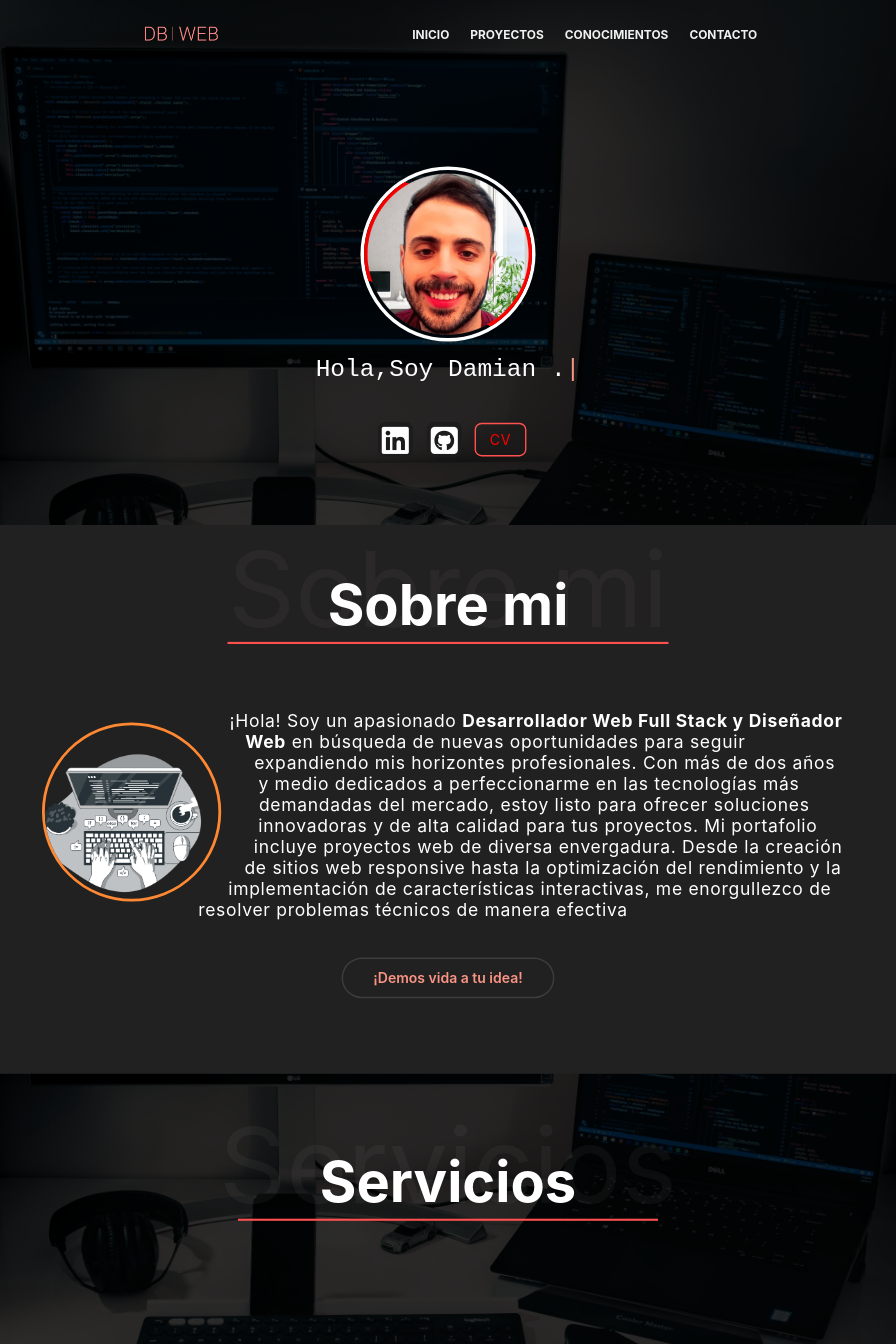
Repository: DamianBermudez94/DB-Porfolio
Page: /
An editor plug-in stored every save of this project. The page is shown before and after the next save, followed by the edit.
The browser window is 1280 px wide. The pictures show the part of the page from y = 0 to 1920 px (the page is 5872 px tall), at 70% of full size.
Backgrounds fixed to the window are drawn as part of the page. Some web libraries are served in a nearby version. The project was rebuilt for these pictures with package versions that can differ from the ones it lists, and the page was loaded fresh each time. Also part of the build but not shown: vite.config.js, src/components/Conocimientos/styles.css, src/components/Conocimientos/Conocimientos.jsx, src/pages/AcerdaDe.jsx, src/components/Contacto/styles.css, src/components/Contacto/Contact.jsx, src/pages/contacto.jsx, src/data/trabajos.js and 4 more.

Above is the page before, as saved 2024-04-02 10:15:43.

### index.html
<!DOCTYPE html>
<html lang="es">
  <head>
    <meta charset="utf-8" />
    <meta name="viewport" content="width=device-width, initial-scale=1" />
    <meta name="geo.position" content="-35.1853171; -59.1479442" />
    <link
      rel="icon"
      type="image/png"
      sizes="32x32"
      href="./public/image/icons-favicon-DB.png"
    />
    <link
      rel="apple-touch-icon"
      type="image/png"
      sizes="32x32"
      href="./public/image/icons-favicon-DB.png"
    />

    <link rel="manifest" href="./src/manifiesto.json" />
    <title>Damián Bermúdez - Developer</title>
    <meta name="author" content="Damián Bermúdez" />
    <meta
      name="description"
      content="Desarrollador Web Full Stack - Diseñador Web - Paginás Web - Damián Bermúdez"
    />
    <meta name="theme-color" content="#000000" />
    <!--Estilos-->
    <script
      src="https://kit.fontawesome.com/bdbed0aafa.js"
      crossorigin="anonymous"
    ></script>
    <link rel="preconnect" href="https://fonts.gstatic.com" />
    <link rel="preconnect" href="https://fonts.gstatic.com" />
    <link rel="preconnect" href="https://fonts.gstatic.com" />
    <link rel="preconnect" href="https://fonts.gstatic.com" />
    <link
      href="https://fonts.googleapis.com/css2?family=Raleway:wght@200;300&family=Roboto:wght@100;300&display=swap"
      rel="stylesheet"
    />
  </head>
  <body>
    <div id="root"></div>
    <script type="module" defer src="/src/main.jsx"></script>
  </body>
</html>

### src/main.jsx
import ReactDOM from "react-dom/client";

import App from "./App";
import "./index.css";
const root = ReactDOM.createRoot(document.getElementById("root"));
root.render(<App />);

### src/App.jsx
import { useState, useEffect } from "react";
import { MisRutas } from "./routers/MisRutas";
import { BrowserRouter } from "react-router-dom";
import backgroundImage from "../public/image/banner-parallax2.jpg";
import "./App.css";
function App() {
  const [scrollPosition, setScrollPosition] = useState(0);

  useEffect(() => {
    const handleScroll = () => {
      setScrollPosition(window.pageYOffset);
    };

    window.addEventListener("scroll", handleScroll);

    return () => {
      window.removeEventListener("scroll", handleScroll);
    };
  }, []);

  return (
    <main className="content-main parallax-container">
      <div
        className="parallax-background"
        style={{
          backgroundImage: `url(${backgroundImage})`,
          backgroundPositionY: scrollPosition / 2 + "px",
        }}
      />
      <div className="parallax-content">
        <BrowserRouter>
          <MisRutas />
        </BrowserRouter>
      </div>
    </main>
  );
}

export default App;

### src/index.css
* {
  margin: 0;
  padding: 0;
  box-sizing: border-box;
}
body {
  font-family: -apple-system, BlinkMacSystemFont, "Segoe UI", "Roboto", "Oxygen",
    "Ubuntu", "Cantarell", "Fira Sans", "Droid Sans", "Helvetica Neue",
    sans-serif;
  -webkit-font-smoothing: antialiased;
  -moz-osx-font-smoothing: grayscale;
}

### src/routers/MisRutas.jsx
import {Routes, Route } from "react-router-dom";

import { Inicio } from "../pages/Inicio";
/*import { Servicios } from "../pages/Servicios";*/
import { AcerdaDe } from "../pages/AcerdaDe";
import { Contacto } from "../pages/contacto";
import { Proyectos } from "../pages/Proyecto";
import { Error } from "../components/Error";
import { NavHeader } from "../components/header/NavHeader";
import { Footer } from "../components/Footer/Footer";

export const MisRutas = () => {
  return (
    <div className="layout">
      {/*Header y navegacion*/}
      <NavHeader />
      {/*Contenido general*/}

      <Routes>
        <Route path="/" element={<Inicio />} />
        <Route path="/inicio" element={<Inicio />} />
        <Route path="/conocimientos" element={<AcerdaDe />} />
        <Route path="/contacto" element={<Contacto />} />
        <Route path="/proyecto" element={<Proyectos />} />
        <Route path="*" element={<Error />} />
      </Routes>

      {/* Footer*/}
      <Footer />
    </div>
  );
};

### src/App.css
.parallax-container {
  position: relative;
  overflow: hidden;
  color: #fff;


}
.parallax-background {
  position: absolute;
  top: 0;
  left: 0;
  width: 100%;
  height: 100%;
  background-size: cover;
  background-position: center;
  background-attachment: fixed;

}
.parallax-content {
 /* Agregamos una transición para suavizar la animación */
  padding-top: 150px;
  background-color: rgba(0, 0, 0, 0.8);
  position: relative;
  z-index: 1; /* Asegura que el contenido esté sobre la imagen de fondo */
}

### src/pages/Inicio.jsx
import { Home } from "../components/Home/Home";
export const Inicio = () => {
  return (
    <section>
      <Home />
    </section>
  );
};

### src/components/header/NavHeader.jsx
import { useState, useEffect } from "react";
import { NavLink } from "react-router-dom";
import "./NavHeader.css";
import BurguerButton from "./burgerButton";

export const NavHeader = () => {
  const [clicked, setClicked] = useState(false);
  const [scrolled, setScrolled] = useState(false);
  const handleClick = () => {
    //cuando esta true lo pasa a false y vice versa
    setClicked(!clicked);
  };
  useEffect(() => {
    const handleScroll = () => {
      if (window.scrollY > 50) {
        setScrolled(true);
      } else {
        setScrolled(false);
      }
    };

    window.addEventListener("scroll", handleScroll);

    // Limpiar el event listener en el desmontaje del componente
    return () => {
      window.removeEventListener("scroll", handleScroll);
    };
  }, []);

  return (
    <header className={`header ${scrolled ? "scrolled" : ""}`}>
      <div className="nav-content">
        <div className="logo">
          <NavLink to="/inicio">
            <img
              src={"/image/Logo-DB.png"}
              alt="Damian Bermudez desarrollador web"
            ></img>
          </NavLink>
        </div>

        <BurguerButton
          className="btn-menu"
          clicked={clicked}
          handleClick={handleClick}
        />
        <nav className={`menu ${clicked ? "active" : ""}`}>
          <ul>
            <li>
              <NavLink
                to="/inicio"
                onClick={handleClick}
                className={({ isActive }) => (isActive ? "active" : "")}
              >
                Inicio
              </NavLink>
            </li>
            <li>
              <NavLink
                to="/proyecto"
                onClick={handleClick}
                className={({ isActive }) => (isActive ? "active" : "")}
              >
                proyectos
              </NavLink>
            </li>
            <li>
              <NavLink
                to="/conocimientos"
                onClick={handleClick}
                className={({ isActive }) => (isActive ? "active" : "")}
              >
                conocimientos
              </NavLink>
            </li>
            <li>
              <NavLink
                to="/contacto"
                onClick={handleClick}
                className={({ isActive }) => (isActive ? "active" : "")}
              >
                contacto
              </NavLink>
            </li>
          </ul>
        </nav>
      </div>
    </header>
  );
};

### src/components/Footer/Footer.jsx

import './Footer.css'
export const Footer = () => {
  return (
    <footer className="footer">
      <div className="contenedor-footer container">
          <div className="footer-redes__sociales">
              <a href="https://www.facebook.com" className="link-redes_sociales" ><i className="fab fa-facebook facebook"></i></a>
              <a href="https://www.instagram.com" className="link-redes_sociales" ><i className="fab fa-instagram instagran"></i></a>
              <a href="https://www.linkedin.com" className="link-redes_sociales" ><i className="fab fa-linkedin linkedin"></i></a>
              <a href="https:/www.github.com" className="link-redes_sociales" ><i className="fab fa-github-square github"></i></a>
          </div>
          <hr className='footer-linea__separacion' />
          <div className="footer-text">
              <p className="title-copy">Hecho por<a className="title-footer" href="https://damianbermudezdev.es/">DB|WEB</a></p>
          </div>
      </div>
    </footer>
  )
}

### src/components/header/burgerButton.jsx
/* eslint-disable react/prop-types */

import styled from "styled-components";

function BurguerButton(props) {
  return (
    <Burguer>
      <div
        onClick={props.handleClick}
        className={`btn-menu nav-icon-5 ${props.clicked ? "open" : ""}`}
      >
        <span></span>
        <span></span>
        <span></span>
      </div>
    </Burguer>
  );
}

export default BurguerButton;

const Burguer = styled.div`
  /* nav-icon-5 */
  .nav-icon-5 {
    width: 35px;
    height: 30px;
    position: relative;
    cursor: pointer;
    display: flex;
    margin: 25px auto;
  }
  .nav-icon-5 span {
    background-color: #fff;
    position: absolute;
    border-radius: 2px;
    transition: 0.3s cubic-bezier(0.8, 0.5, 0.2, 1.4);
    width: 100%;
    height: 4px;
    transition-duration: 500ms;
  }
  .nav-icon-5 span:nth-child(1) {
    top: 0px;
    left: 0px;
  }
  .nav-icon-5 span:nth-child(2) {
    top: 13px;
    left: 0px;
    opacity: 1;
  }
  .nav-icon-5 span:nth-child(3) {
    bottom: 0px;
    left: 0px;
  }
  .nav-icon-5:not(.open):hover span:nth-child(1) {
    transform: rotate(-3deg) scaleY(1.1);
  }
  .nav-icon-5:not(.open):hover span:nth-child(2) {
    transform: rotate(3deg) scaleY(1.1);
  }
  .nav-icon-5:not(.open):hover span:nth-child(3) {
    transform: rotate(-4deg) scaleY(1.1);
  }
  .nav-icon-5.open span:nth-child(1) {
    transform: rotate(45deg);
    top: 13px;
  }
  .nav-icon-5.open span:nth-child(2) {
    opacity: 0;
  }
  .nav-icon-5.open span:nth-child(3) {
    transform: rotate(-45deg);
    top: 13px;
  }
  @media screen and (min-width: 960px) {
    .btn-menu {
      display: none;
    }
  }
`;

### src/components/Footer/Footer.css
.footer {
  min-height: 120px;
  line-height: 7px;
  text-align: center;
  font-size: 22px;
  padding: 45px;
  background-color: #212121;
}

.contenedor-footer {
  display: flex;
  flex-direction: column;
  justify-content: center;
  align-content: center;
  margin: 0 auto;
  padding: 20px;
}
.footer-text {
  display: flex;
  justify-content: center;
  align-items: center;
  padding: 10px;
  margin-top: 20px;
}
.title-copy {
  text-align: center;
  font-size: 26px;
  font-weight: 300;
}
.title-footer {
  text-decoration: none;
  color: rgb(252, 136, 136);
  margin-left: 5px;
}
.footer-linea__separacion{
  height: 1px;
  width: 100%;
  max-width: 700px;
  margin: 0 auto;


}
body.dark .title-copy {
  color: #f1f1f1;
}

.footer-redes__sociales {
  display: flex;
  justify-content: center;
  align-items: center;
  text-align: center;
  margin-bottom: 10px;
}
.link-redes_sociales {
  text-decoration: none;
  width: 50px;
  height: 50px;
  margin: 10px;
  color: rgb(255, 255, 255);
  background-color: rgb(28, 28, 28);
  border-radius: 10px;
  text-align: center;
  position: relative;
  transition: transform 0.4s;
  font-size: 26px;
  padding: 4px;
}
.link-redes_sociales:hover {
  transform: rotate(45deg);
}
.link-redes_sociales::before {
  content: "";
  position: absolute;
  width: 100%;
  height: 100%;
  opacity: 0;
  background-color: #373737;
  border-radius: 10px;
  transition: opacity 0.2s;
}
.link-redes_sociales:hover::before {
  opacity: 0.4;
}
.link-redes_sociales:nth-child(1)::before {
  background-color: rgb(255, 80, 80);
}
.link-redes_sociales:nth-child(2)::before {
  background-color: rgb(255, 80, 80);
}
.link-redes_sociales:nth-child(3)::before {
  background-color: rgb(255, 80, 80);
}
.link-redes_sociales:nth-child(4)::before {
  background-color: rgb(255, 80, 80);
}

.link-redes_sociales:hover::before {
  transform: translate(-4px, -4px);
  filter: blur(10px);
}

.link-redes_sociales i {
  font-size: 1.7em;
  transition: all 0.4s;
}
.link-redes_sociales:hover i {
  color: #f1f1f1;
  transform: rotate(-45deg);
}

body.dark .redes-sociales i {
  color: #f1f1f1;
}

### src/components/TextoCustom/CustomText.jsx
/* eslint-disable react/prop-types */
import  { useState, useEffect } from 'react';
import './styles.css';

const CustomText = ({ words, typingDelay = 200, changingDelay = 3000 }) => {
  const [index, setIndex] = useState(0);
  const [subIndex, setSubIndex] = useState(0);
  const [reverse, setReverse] = useState(false);

  // Efecto para manejar la escritura y eliminación de las palabras
  useEffect(() => {
    if (subIndex === words[index].length + 1 && !reverse) {
      setReverse(true);
      return;
    }

    if (subIndex === 0 && reverse) {
      setReverse(false);
      setIndex((prev) => (prev + 1) % words.length);
      return;
    }

    const timeout = setTimeout(() => {
      setSubIndex((prev) => prev + (reverse ? -1 : 1));
    }, typingDelay);

    return () => clearTimeout(timeout);
  }, [subIndex, index, reverse]);

  // Efecto para cambiar la palabra después de un cierto tiempo
  useEffect(() => {
    if (!reverse) {
      return;
    }

    const timeout = setTimeout(() => {
      setReverse(false);
      setIndex((prev) => (prev + 1) % words.length);
    }, changingDelay);

    return () => clearTimeout(timeout);
  }, [reverse]);

  return (
    <div className="typewriter">
      <span>{`${words[index].substring(0, subIndex)}${reverse ? '.' : ' '}`}</span>
    </div>
  );
};

export default CustomText;

### src/components/Home/styles.css
/**Estilos Home- Principal**/

.home-welcome {
  width: 100%;
  height: 600px;
  display: flex;
  flex-direction: column;
  justify-content: space-around;
  align-items: center;
  padding: 20px;
}
.container-home {
  width: 100%;
}
.container-home img {
  display: flex;
  justify-content: center;
  width: 250px;
  height: 250px;
  padding: 5px;
  margin: 0 auto;
  position: relative;
  border: solid 5px transparent;
}
.container-home figure {
  display: flex;
  justify-content: center;
  width: 250px;
  height: 250px;
  padding: 5px;
  margin: 0 auto;
  position: relative;
  border: 5px solid;
  border-radius: 50%;
  place-content: center;
  place-items: center;
  overflow: hidden;
}
.container-home figure::before {
  content: "";
  position: absolute;
  width: 150px;
  background-image: linear-gradient(360deg, rgb(241, 0, 0), rgb(255, 0, 0));
  height: 130%;
  animation: rotBGimg 3s linear infinite;
  transition: all 0.2s linear;
}

@keyframes rotBGimg {
  from {
    transform: rotate(0deg);
  }

  to {
    transform: rotate(360deg);
  }
}

.container-redes_inicio {
  display: block;
  padding-top: 25px;
  display: flex;
  align-items: center;
  justify-content: center;
}

.btn-cv {
  max-width: 100px;
  text-decoration: none;
  display: flex;
  justify-content: center;
  font-size: 20px;
  cursor: pointer;
  letter-spacing: 1px;
  color: rgb(255, 0, 0);
  background-color: transparent;
  outline: 2px solid rgb(255, 80, 80);
  border: none;
  border-radius: 8px;
  padding: 10px 20px;
  margin-left: 10px;
  position: relative;
  top: 0px;
  overflow: hidden;
  transition: color 1s;
}

.btn-cv:hover {
  color: #ffffff;
  z-index: 1;
}

.btn-cv::before {
  content: "";
  position: absolute;
  top: 0;
  left: -50px;
  width: 250%;
  height: 100%;
  background-color: rgba(255, 85, 85, 0.5);
  border: none;
  outline: 3px solid rgb(0, 0, 0);
  transform: scaleX(0) skewX(35deg);
  transform-origin: left;
  z-index: -1;
  transition: transform 1s;
}

.btn-cv:hover::before {
  transform: scaleX(1) skewX(35deg);
}
.content-proyectos__inicio {
  display: flex;
  justify-content: center;
  align-items: center;
  flex-direction: column;
  padding: 50px;
}

.content-proyectos__inicio h2 {
  margin-bottom: 80px;
  font-size: 40px;
  text-align: center;
}
@media (max-width: 960px) {
  .home .title-welcome .title-custom {
    width: 100%;
  }
  .title-welcome span {
    width: 100%;
  }
}

@media (max-width: 670px) {
  .title-welcome {
    margin-left: 20px;
  }
  .container-redes_inicio {
    padding: 5px;
    margin-left: 0px;
  }
}
@media (max-width: 480px) {
  .title-welcome {
    margin-left: 20px;
  }
  .container-redes_inicio {
    padding: 5px;
    margin-left: 0px;
  }
  .container-redes_inicio {
    flex-wrap: wrap;
  }
}

/**Estilos section Sobre mi**/
.section-me {
  padding: 60px;
  margin: 0 auto;
  display: flex;
  flex-direction: column;
  justify-content: center;
  align-items: center;
  background-color: #212121;
}
.content-title{
  height: 200px;
  text-align: center;
}

.section-me .title-sobre__me {
  margin: 0;
  padding: 5px;
  font-size: 80px;
  color: rgb(255, 255, 255);
  border-bottom: 3px solid rgb(255, 80, 80);
}
.section-me .sub-title {
  position: relative;
  opacity: 0.04;
  font-size: 150px;
  top: -170px;
  right: 0;
  color: rgb(253, 214, 214);
  overflow: hidden;
}
.container-me {
  width: 100%;
  display: flex;
  flex-direction: column;
  justify-content: center;
  align-items: center;
  margin: 0 auto;
}


.container-me article img {
  border: .25rem solid #f83;
  border-radius: 50%;
  float: left;
  height: 16rem;
  margin-right: 4rem;
  margin-top: 1.38rem;
  object-fit: cover;
  object-position: -16px 16px;
  shape-outside: circle(50%);
  width: 16rem;
}

.section-me article p {
  margin: 0 auto;
  padding: 5px;
  font-size: 25px;
  letter-spacing: 1px;
}


.container-me .enlace-contacto {
  width: 300px;
  text-decoration: none;
  color: #fa9484;
  position: relative;
  display: grid;
  grid-column: span 2;
  padding: 15px;
  margin: 50px auto 50px;
  text-align: center;
  opacity: 1;
}

.enlace-contacto {
  position: relative;
  display: inline-block;
  padding: 12px 24px;
  border: none;
  font-size: 16px;
  background-color: inherit;
  border-radius: 100px;
  font-weight: 600;
  color: #ffffff40;
  box-shadow: 0 0 0 2px #ffffff20;
  cursor: pointer;
  overflow: hidden;
  transition: all 0.6s cubic-bezier(0.23, 1, 0.32, 1);
}

.enlace-contacto span:last-child {
  position: absolute;
  top: 50%;
  left: 50%;
  transform: translate(-50%, -50%);
  width: 20px;
  height: 20px;
  background-color: rgb(252, 98, 98);
  border-radius: 50%;
  opacity: 0;
  transition: all 0.8s cubic-bezier(0.23, 1, 0.32, 1);
}

.enlace-contacto span:first-child {
  width: 100%;
  position: relative;
  z-index: 1;
  font-size: 20px;
}

.enlace-contacto:hover {
  box-shadow: 0 0 0 5px #f3212160;
  color: #ffffff;
}

.enlace-contacto:active {
  scale: 0.95;
}

.enlace-contacto:hover span:last-child {
  width: 100%;
  height: 200px;
  opacity: 1;
}

.square {
	position: absolute;
	top: 50%;
	left: 50%;
	transform: translate(-50%, -50%);
	width: 50px;
	height: 50px;
	background: linear-gradient(#f70000, #757575);
	z-index: 2;
}

.circle {
	position: absolute;
	top: 50%;
	left: 50%;
	transform: translate(-50%, -50%);
	width: 50px;
	height: 50px;
	background: #d91c1c;
	border-radius: 50%;
}

.triangle {
	position: absolute;
	top: 50%;
	left: 50%;
	transform: translate(-50%, -50%);
	width: 50px;
	height: 50px;
	background: #f5f5f5;
	clip-path: polygon(50% 0%, 0% 100%, 100% 100%);
	-webkit-clip-path: polygon(50% 0%, 0% 100%, 100% 100%);
}

@media (max-width: 1280px) {
  .section-me div {
    display: block;
  }
}

@media (max-width: 780px) {
  .section-me {
    padding: 20px;
  }
  .section-me ul {
    text-align: center;
  }
  .section-me ul li span {
    font-size: 80px;
  }
  .section-me figure {
    max-width: 300px;
  }
  .section-me img {
    width: 300px;
    height: 300px;
  }
  .section-me .title-sobre__me {
    font-size: 45px;
  }
  .section-me .sub-title {
    font-size: 100px;
    top: -110px;
  }
}
@media (max-width: 480px) {
  .section-me .title-sobre__me {
    margin-top: 50px;
    font-size: 45px;
  }
  .section-me .sub-title {
    font-size: 80px;
    top: -100px;
  }
}

/**--Seccion motivos--**/

.article-section__motivos {
  width: 100%;
  padding: 50px;
  border-radius: 10px;
  margin: 50px auto;
  display: grid;
  grid-template-columns: repeat(3, 1fr);
  gap: 20px;
}

.article-section__motivos h2 {
  grid-column: span 3;
  text-align: center;
  margin-bottom: 50px;
  font-size: 60px;
}

.article-section__motivos article {
  display: flex;
  justify-content: center;
  align-items: center;
  flex-direction: column;
  margin-bottom: 20px;
  width: 300px;
  height: 400px;
  background-color: #212121;
  border-radius: 30px 0px 30px 0px;
  padding: 10px;
  margin: 0 auto;
}

.article-section__motivos h3 {
  font-size: 2.5em;
  margin-bottom: 10px;
  text-align: center;
  font-weight: bold;
}

.article-section__motivos p {
  line-height: 1.5;
  padding: 5px;
}

### src/components/TextoCustom/styles.css
.typewriter span {

    display: flex;
    align-items: center;
    justify-content: center;
    font-size: 35px;
    font-family: monospace;
    overflow: hidden;
    white-space: nowrap;
    padding: 20px;
  }

  .typewriter span:after {
    content: '|';
    animation: blink-caret .75s step-end infinite;
    color: #fa9484;
  }

  @keyframes blink-caret {
    from, to { border-color: transparent }
    50% { border-color: black }
  }

  @media (max-width: 780px) {
    .typewriter span {
       font-size: 30px;
      }
  }
  @media (max-width: 780px) {
    .typewriter span {
       font-size: 20px;
      }
  }

Loaded but not shown: src/components/Servicios/Service.jsx (334 lines, source omitted); src/components/Home/Home.jsx (143 lines, source omitted); src/components/Servicios/styles.css (180 lines, source omitted); src/components/header/NavHeader.css (151 lines, source omitted)

After the next save:
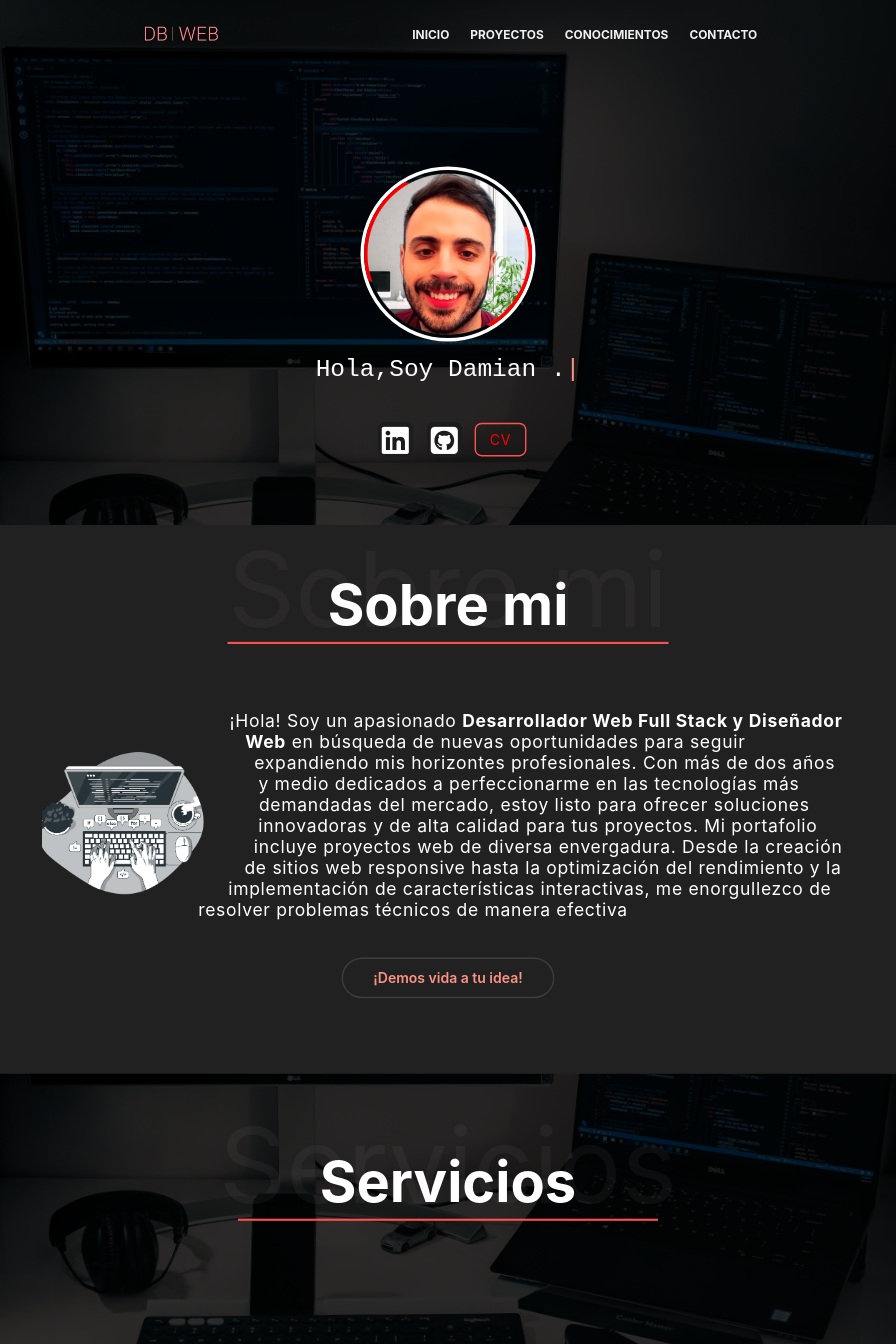
Saved 16 s later.
--- a/src/components/Home/styles.css
+++ b/src/components/Home/styles.css
@@ -195,8 +195,8 @@
 
 
 .container-me article img {
-  border: .25rem solid #f83;
-  border-radius: 50%;
+
+
   float: left;
   height: 16rem;
   margin-right: 4rem;
